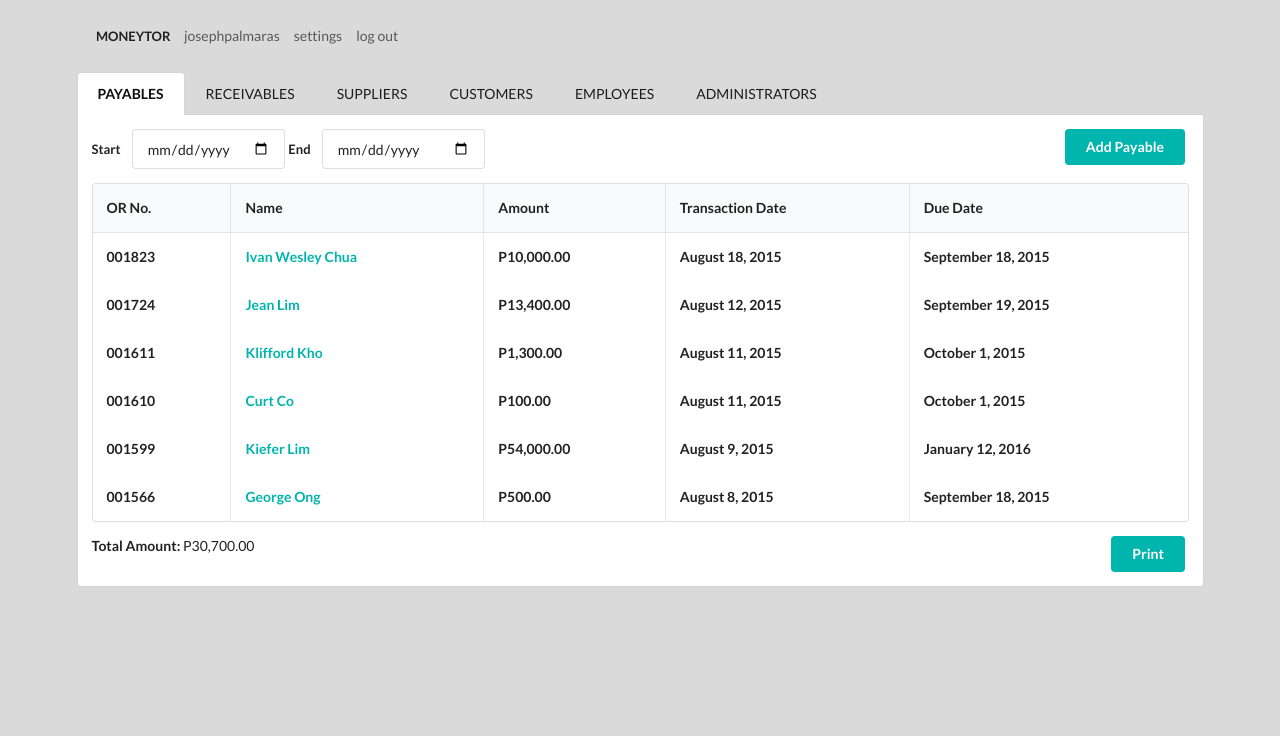
Repository: TV5/MoneyTor
Page: Workspace/MoneyTor/war/main.html
The author's editor kept a copy of each file at every save. The page is drawn from the files as they stood at one save, then again after the next save.
The browser window is 1280 px wide. The pictures show the whole page.

Above is the page before, as saved 2015-08-18 16:02:19.

After the next save:
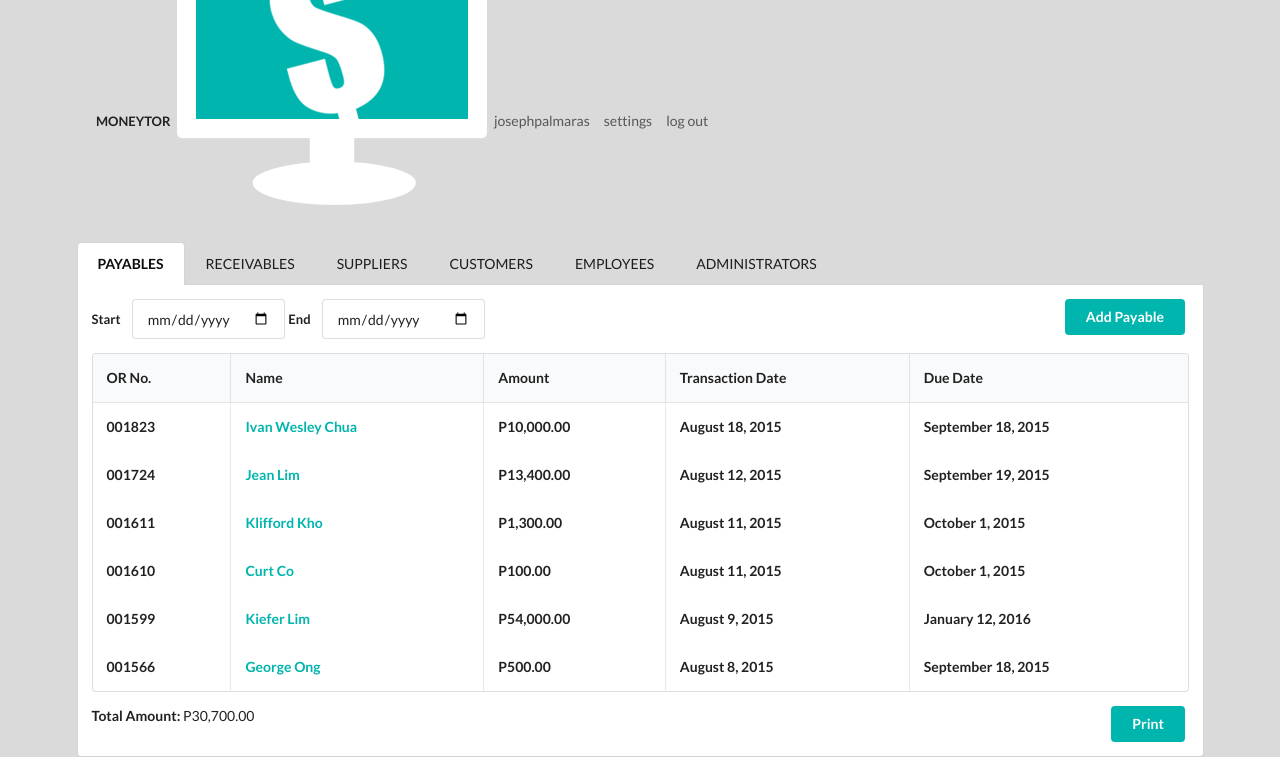
Saved 9 min 51 s later.
--- a/Workspace/MoneyTor/war/main.html
+++ b/Workspace/MoneyTor/war/main.html
@@ -66,7 +66,8 @@
 
 <div class="ui container">
 	<div class="ui text menu firstmenu" width="100%">
-	  <div class="header item">MONEYTOR</div>
+	  <div class="header item">MONEYTOR </div>
+	  <img src="assets/images/logo.png" class="image">
 	  <a class="item">
 	    josephpalmaras
 	  </a>
